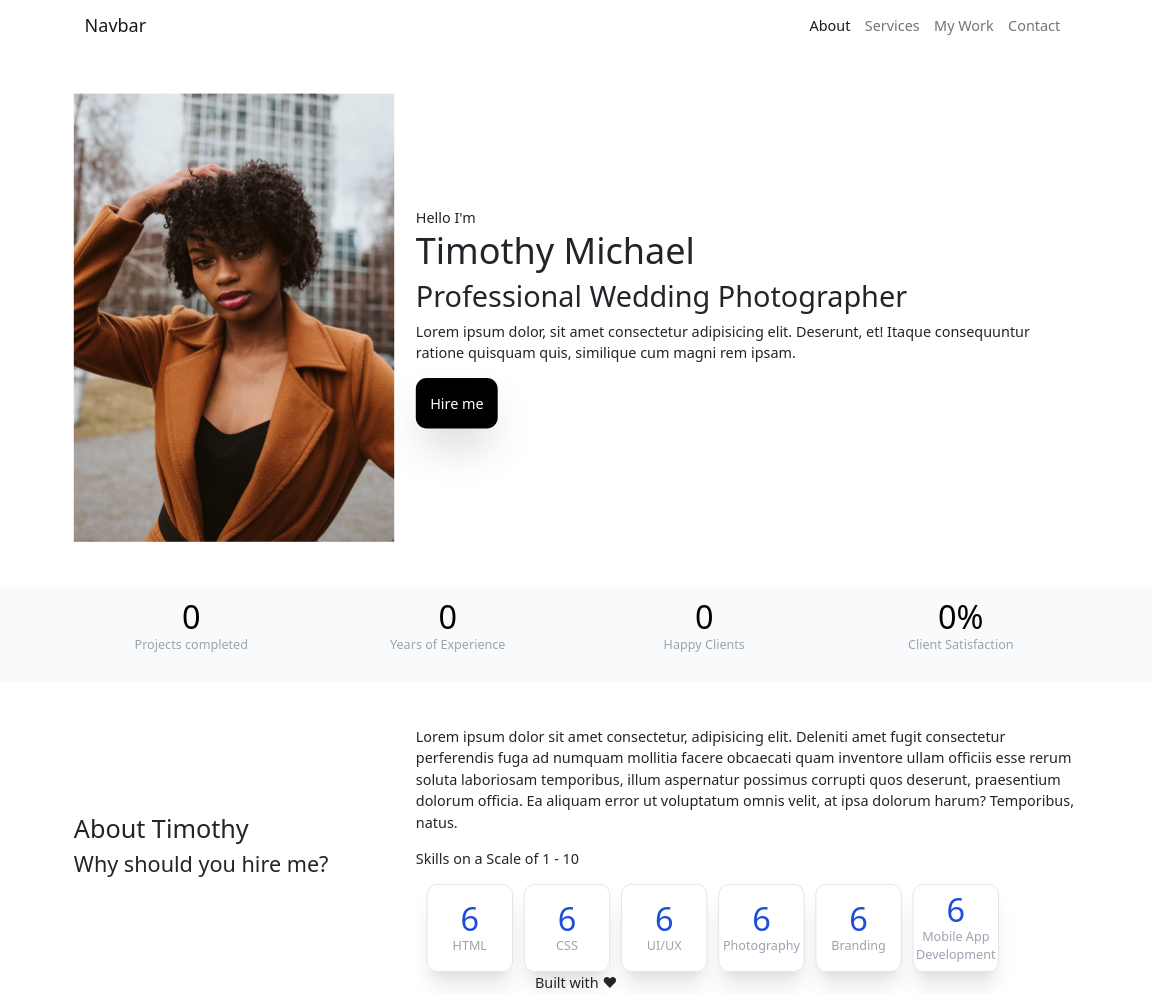
Repository: latenightsnacc/giggles
Page: HTML/freelancer.html
These files come from the project's save history. The page is drawn as it stood at one moment and after the next save; the edit follows.
The browser window is 1280 px wide. The pictures show the whole page, at 90% of full size.
Some web libraries are served in a nearby version.

Above is the page before, as saved 2021-01-03 15:32:31.

### HTML/freelancer.html
<!DOCTYPE html>
<html lang="en">
<head>
    <meta charset="UTF-8">
    <meta name="viewport" content="width=device-width, initial-scale=1.0">
    <link href="https://cdnjs.cloudflare.com/ajax/libs/tailwindcss/2.0.2/tailwind.min.css" rel="stylesheet">
    <link rel="stylesheet" href="https://stackpath.bootstrapcdn.com/font-awesome/4.7.0/css/font-awesome.min.css" />
    <link href="https://cdn.jsdelivr.net/npm/bootstrap@5.0.0-beta1/dist/css/bootstrap.min.css" rel="stylesheet" integrity="sha384-giJF6kkoqNQ00vy+HMDP7azOuL0xtbfIcaT9wjKHr8RbDVddVHyTfAAsrekwKmP1" crossorigin="anonymous">
    <title>Freelancer Page</title>
</head>
<body>
    <header class="container">
        <nav class="navbar navbar-expand-lg navbar-light bg-white">
            <div class="container-fluid">
              <a class="navbar-brand" href="#">Navbar</a>
              <button class="navbar-toggler" type="button" data-bs-toggle="collapse" data-bs-target="#navbarNavDropdown" aria-controls="navbarNavDropdown" aria-expanded="false" aria-label="Toggle navigation">
                <span class="navbar-toggler-icon"></span>
              </button>
              <div class="collapse navbar-collapse" id="navbarNavDropdown">
                <ul class="navbar-nav ml-auto">
                  <li class="nav-item">
                    <a class="nav-link active" aria-current="page" href="#">About</a>
                  </li>
                  <li class="nav-item">
                    <a class="nav-link" href="#">Services</a>
                  </li>
                  <li class="nav-item">
                    <a class="nav-link" href="#">My Work</a>
                  </li>
                  <li class="nav-item">
                    <a class="nav-link" href="#">Contact</a>
                  </li>
                  <!-- <li class="nav-item dropdown">
                    <a class="nav-link dropdown-toggle" href="#" id="navbarDropdownMenuLink" role="button" data-bs-toggle="dropdown" aria-expanded="false">
                      Dropdown link
                    </a>
                    <ul class="dropdown-menu" aria-labelledby="navbarDropdownMenuLink">
                      <li><a class="dropdown-item" href="#">Action</a></li>
                      <li><a class="dropdown-item" href="#">Another action</a></li>
                      <li><a class="dropdown-item" href="#">Something else here</a></li>
                    </ul>
                  </li> -->
                </ul>
              </div>
            </div>
        </nav>
    </header>
    <main>
        <!--User Banner-->
        <div class="container mt-5">
            <div class="row flex items-center h-auto">
                <div class="col-sm-12 col-md-4 col-lg-4 col-xl-4">
                    <img src="assets/userDp.jpg" alt="Profile Picture">
                </div>
                <div class="col-sm-12 col-md-8 col-lg-8 col-xl-8">
                    <div class="user-info">
                        <span>Hello I'm</span>
                        <h1>Timothy Michael</h1>
                        <h2>Professional Wedding Photographer</h2>
                        <p>Lorem ipsum dolor, sit amet consectetur adipisicing elit. Deserunt, et! Itaque consequuntur ratione quisquam quis, similique cum magni rem ipsam.</p>
                        <button class="bg-black text-white p-3 semi-bold rounded-xl shadow-2xl">Hire me</button>
                    </div>
                </div>
            </div>
        </div>
        <!--User Statisitics-->
        <div class="stats w-full bg-gray-50 flex items-center h-auto py-3 mt-5">
            <div class="container">
                <div class="row">
                    <div class="stat-box col text-center">
                        <div class="bold text-4xl text-black">0</div>
                        <p class="text-sm text-gray-400">Projects completed</p>

                    </div>
                    <div class="stat-box col text-center">
                        <div class="bold text-4xl text-black">0</div>
                        <p class="text-sm text-gray-400">Years of Experience</p>
                    </div>
                    <div class="stat-box col text-center">
                        <div class="bold text-4xl text-black">0</div>
                        <p class="text-sm text-gray-400">Happy Clients</p>
                    </div>
                    <div class="stat-box col text-center">
                        <div class="bold text-4xl text-black">0%</div>
                        <p class="text-sm text-gray-400">Client Satisfaction</p>
                    </div>
                </div>
            </div>
        </div>
        <!--About User-->
        <div class="container">
            <div class="row h-auto flex flex-row items-center">
                <div class="col-sm-12 col-md-6 col-lg-4 col-xl-4 pt-5">
                    <h3>About Timothy</h3>
                    <h4>Why should you hire me?</h4>
                </div>
                <div class="col-sm-12 col-md-6 col-lg-8 col-xl-8 pt-5">
                    <p>Lorem ipsum dolor sit amet consectetur, adipisicing elit. Deleniti amet fugit consectetur perferendis fuga ad numquam mollitia facere obcaecati quam inventore ullam officiis esse rerum soluta laboriosam temporibus, illum aspernatur possimus corrupti quos deserunt, praesentium dolorum officia. Ea aliquam error ut voluptatum omnis velit, at ipsa dolorum harum? Temporibus, natus.</p>
                    <span class="bold">Skills on a Scale of 1 - 10</span>
                    <div class="d-flex flex-wrap">
                        <div class="skill-box shadow-xl max-w-sm w-24 p-2 ml-3 mt-3 border border-gray-100 rounded-xl flex flex-col items-center justify-center text-center">

                            <span class="text-blue-700 bold text-4xl">6</span>
                            <div class="text-sm text-gray-400">HTML</div>
                        </div>
                        <div class="skill-box shadow-xl max-w-sm w-24 p-2 ml-3 mt-3 border border-gray-100 rounded-xl flex flex-col items-center justify-center text-center">

                            <span class="text-blue-700 bold text-4xl">6</span>
                            <div class="text-sm text-gray-400">CSS</div>
                        </div>
                        <div class="skill-box shadow-xl max-w-sm w-24 p-2 ml-3 mt-3 border border-gray-100 rounded-xl flex flex-col items-center justify-center text-center">

                            <span class="text-blue-700 bold text-4xl">6</span>
                            <div class="text-sm text-gray-400">UI/UX</div>
                        </div>
                        <div class="skill-box shadow-xl max-w-sm w-24 p-2 ml-3 mt-3 border border-gray-100 rounded-xl flex flex-col items-center justify-center text-center">

                            <span class="text-blue-700 bold text-4xl">6</span>
                            <div class="text-sm text-gray-400">Photography</div>
                        </div>
                        <div class="skill-box shadow-xl max-w-sm w-24 p-2 ml-3 mt-3 border border-gray-100 rounded-xl flex flex-col items-center justify-center text-center">

                            <span class="text-blue-700 bold text-4xl">6</span>
                            <div class="text-sm text-gray-400">Branding</div>
                        </div>
                        <div class="skill-box shadow-xl max-w-sm w-24 p-2 ml-3 mt-3 border border-gray-100 rounded-xl flex flex-col items-center justify-center text-center">

                            <span class="text-blue-700 bold text-4xl">6</span>
                            <div class="text-sm text-gray-400">Mobile App Development</div>
                        </div>
                    </div>
                </div>
            </div>
        </div>
        <!--Services User Provides-->
    </main>
    <footer class="text-center">Built with &hearts; </footer>
    <script src="https://cdn.jsdelivr.net/npm/bootstrap@5.0.0-beta1/dist/js/bootstrap.bundle.min.js" integrity="sha384-ygbV9kiqUc6oa4msXn9868pTtWMgiQaeYH7/t7LECLbyPA2x65Kgf80OJFdroafW" crossorigin="anonymous"></script>

</body>
</html>

After the next save:
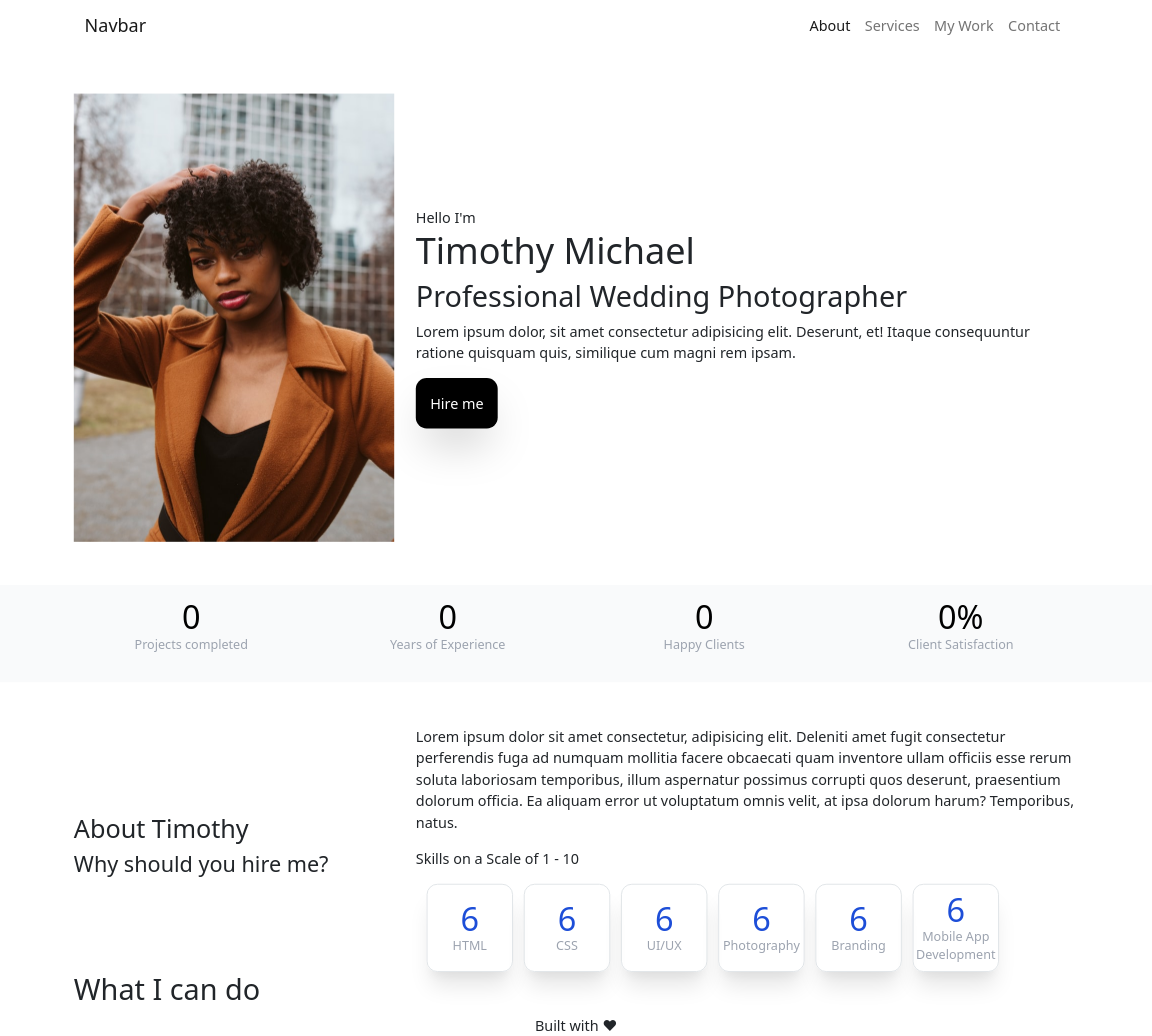
Saved 66 s later.
--- a/HTML/freelancer.html
+++ b/HTML/freelancer.html
@@ -133,6 +133,9 @@
             </div>
         </div>
         <!--Services User Provides-->
+        <div class="container">
+            <h2>What I can do</h2>
+        </div>
     </main>
     <footer class="text-center">Built with &hearts; </footer>
     <script src="https://cdn.jsdelivr.net/npm/bootstrap@5.0.0-beta1/dist/js/bootstrap.bundle.min.js" integrity="sha384-ygbV9kiqUc6oa4msXn9868pTtWMgiQaeYH7/t7LECLbyPA2x65Kgf80OJFdroafW" crossorigin="anonymous"></script>
